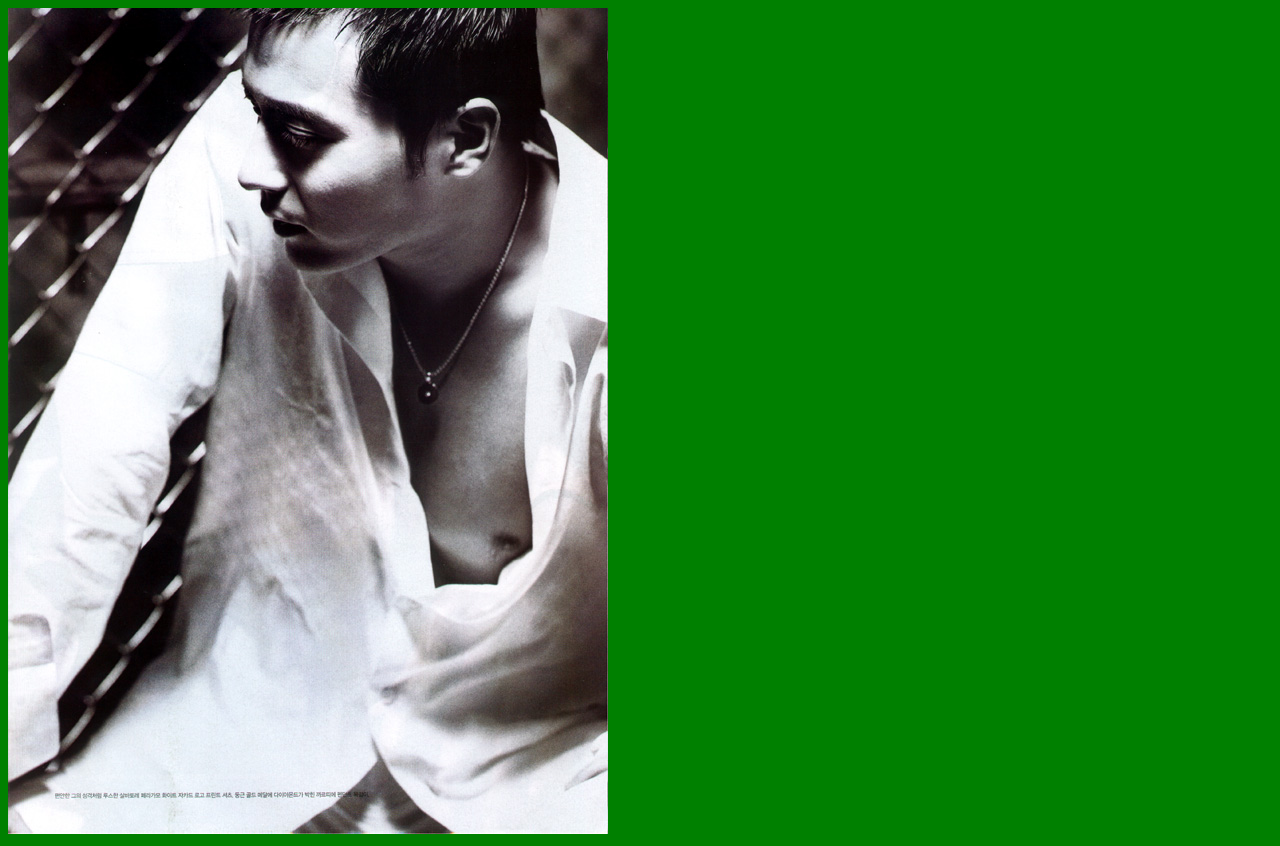
Repository: wishinghyun/multicampus
Page: webwork/clientweb/WebContent/js_basic/js_date_exam.html
An editor plug-in stored every save of this project. The page is shown before and after the next save, followed by the edit.
The browser window is 1280 px wide. The pictures show the whole page.

Above is the page before, as saved 2020-01-08 01:46:09.

After the next save:
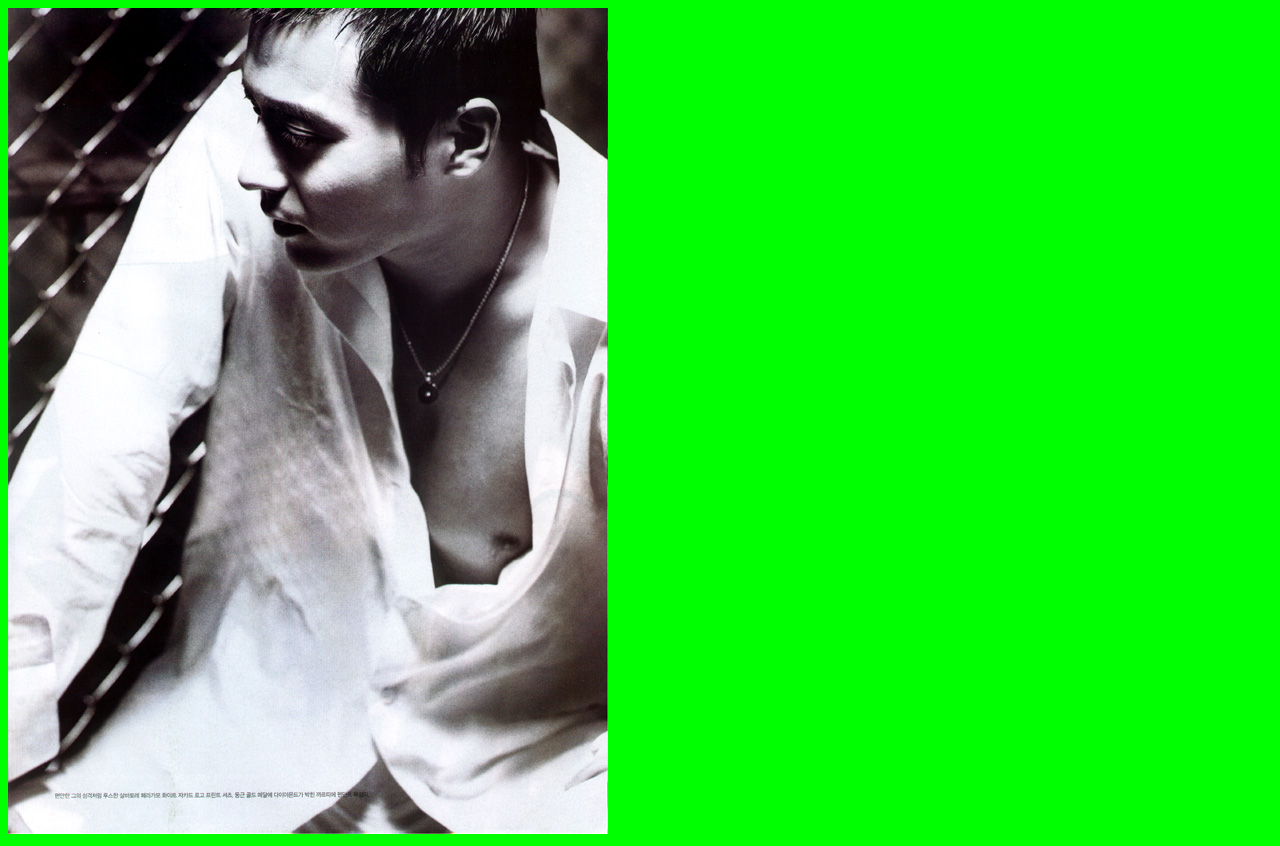
Saved 2 min 54 s later.
--- a/webwork/clientweb/WebContent/js_basic/js_date_exam.html
+++ b/webwork/clientweb/WebContent/js_basic/js_date_exam.html
@@ -37,11 +37,11 @@
 		hour = today.getHours();
 		color = "";
 		if(hour<12){
-			color = "green";
+			document.bgColor = "lime";
 		}else{
-			color = "red";
+			document.bgColor = "red";
 		}
-		document.bgColor = color;
+
 	</script>
 
 </body>
